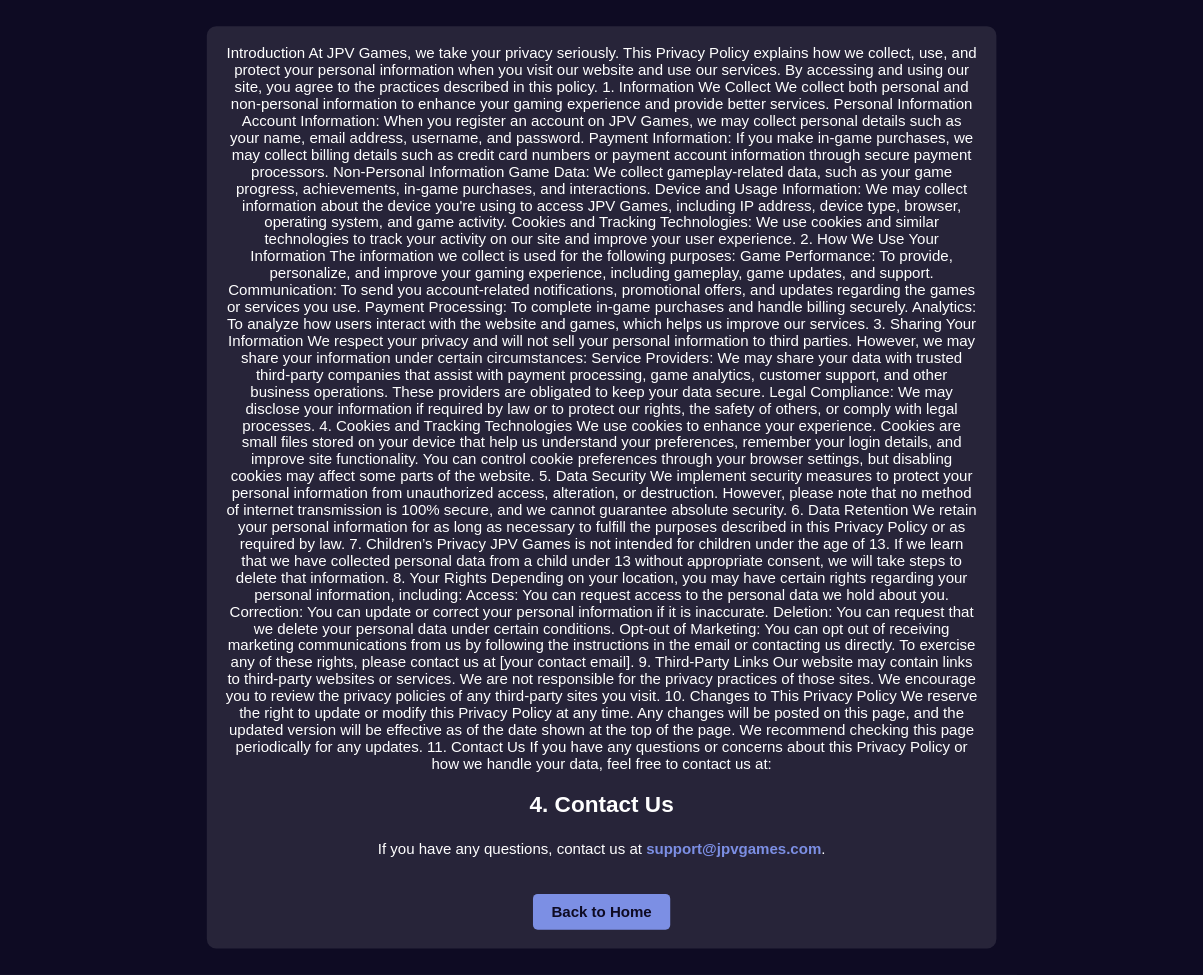
Repository: meenadabhii/jpygames.com
Page: http://localhost/privacy-policy.html
The author's editor kept a copy of each file at every save. The page is drawn from the files as they stood at one save, then again after the next save.
The browser window is 1280 px wide. The pictures show the whole page, at 94% of full size.
The page is served by the project's Node server (app.js).

Above is the page before, as saved 2025-02-08 10:39:39.

### nodejs/views/privacy-policy.html
<!DOCTYPE html>
<html lang="en">
<head>
    <meta charset="UTF-8">
    <meta name="viewport" content="width=device-width, initial-scale=1.0">
    <title>Privacy Policy</title>
    <style>
        body {
            background-color: #0e0b23; /* Dark background */
            color: #ffffff; /* White text */
            font-family: Arial, sans-serif;
            text-align: center;
            padding: 20px;
        }

        .container {
            max-width: 800px;
            margin: auto;
            background: rgba(255, 255, 255, 0.1);
            padding: 20px;
            border-radius: 10px;
        }

        h1 {
            color: #7c8fe4;;
        }

        p {
            line-height: 1.6;
        }

        a {
            color:#7c8fe4;;
            text-decoration: none;
            font-weight: bold;
        }

        a:hover {
            text-decoration: underline;
        }

        .button {
            display: inline-block;
            background: #7c8fe4;
            color: #0e0b23;
            padding: 10px 20px;
            border-radius: 5px;
            margin-top: 20px;
            text-decoration: none;
            font-weight: bold;
        }

        .button:hover {
            background: #4b69f0;
        }
    </style>
</head>
<body>
    <div class="container">
        Introduction
        At JPV Games, we take your privacy seriously. This Privacy Policy explains how we collect, use, and protect your personal information when you visit our website and use our services. By accessing and using our site, you agree to the practices described in this policy.

        1. Information We Collect
        We collect both personal and non-personal information to enhance your gaming experience and provide better services.

        Personal Information
        Account Information: When you register an account on JPV Games, we may collect personal details such as your name, email address, username, and password.
        Payment Information: If you make in-game purchases, we may collect billing details such as credit card numbers or payment account information through secure payment processors.
        Non-Personal Information
        Game Data: We collect gameplay-related data, such as your game progress, achievements, in-game purchases, and interactions.
        Device and Usage Information: We may collect information about the device you're using to access JPV Games, including IP address, device type, browser, operating system, and game activity.
        Cookies and Tracking Technologies: We use cookies and similar technologies to track your activity on our site and improve your user experience.
        2. How We Use Your Information
        The information we collect is used for the following purposes:

        Game Performance: To provide, personalize, and improve your gaming experience, including gameplay, game updates, and support.
        Communication: To send you account-related notifications, promotional offers, and updates regarding the games or services you use.
        Payment Processing: To complete in-game purchases and handle billing securely.
        Analytics: To analyze how users interact with the website and games, which helps us improve our services.
        3. Sharing Your Information
        We respect your privacy and will not sell your personal information to third parties. However, we may share your information under certain circumstances:

        Service Providers: We may share your data with trusted third-party companies that assist with payment processing, game analytics, customer support, and other business operations. These providers are obligated to keep your data secure.
        Legal Compliance: We may disclose your information if required by law or to protect our rights, the safety of others, or comply with legal processes.
        4. Cookies and Tracking Technologies
        We use cookies to enhance your experience. Cookies are small files stored on your device that help us understand your preferences, remember your login details, and improve site functionality. You can control cookie preferences through your browser settings, but disabling cookies may affect some parts of the website.

        5. Data Security
        We implement security measures to protect your personal information from unauthorized access, alteration, or destruction. However, please note that no method of internet transmission is 100% secure, and we cannot guarantee absolute security.

        6. Data Retention
        We retain your personal information for as long as necessary to fulfill the purposes described in this Privacy Policy or as required by law.

        7. Children’s Privacy
        JPV Games is not intended for children under the age of 13. If we learn that we have collected personal data from a child under 13 without appropriate consent, we will take steps to delete that information.

        8. Your Rights
        Depending on your location, you may have certain rights regarding your personal information, including:

        Access: You can request access to the personal data we hold about you.
        Correction: You can update or correct your personal information if it is inaccurate.
        Deletion: You can request that we delete your personal data under certain conditions.
        Opt-out of Marketing: You can opt out of receiving marketing communications from us by following the instructions in the email or contacting us directly.
        To exercise any of these rights, please contact us at [your contact email].

        9. Third-Party Links
        Our website may contain links to third-party websites or services. We are not responsible for the privacy practices of those sites. We encourage you to review the privacy policies of any third-party sites you visit.

        10. Changes to This Privacy Policy
        We reserve the right to update or modify this Privacy Policy at any time. Any changes will be posted on this page, and the updated version will be effective as of the date shown at the top of the page. We recommend checking this page periodically for any updates.

        11. Contact Us
        If you have any questions or concerns about this Privacy Policy or how we handle your data, feel free to contact us at:


        <h2>4. Contact Us</h2>
        <p>If you have any questions, contact us at <a href="mailto:support@jpvgames.com">support@jpvgames.com</a>.</p>

        <a href="/" class="button">Back to Home</a>
    </div>
</body>
</html>

### nodejs/app.js

const express = require('express')
const app = express()
const port = 6600
const ejs = require('ejs')
const path = require('path')
const fs = require('fs')

app.use(express.static('public'))
app.set('views', path.join(__dirname,'/views'))
app.set('view engine', 'ejs')

const games = JSON.parse(fs.readFileSync('./game.json','utf-8'));

app.use(express.static(path.join(__dirname, 'public')));

app.get('/privacy-policy.html', (req, res) => {
    res.sendFile(path.join(__dirname, 'views', 'privacy-policy.html'));
});

app.get('/', (req, res) => {
    return res.render('home',{games});
})

app.get('/game/:name', (req, res) => {
    const find = games.filter(i => i.slug == req.params.name);
    const newdata = [...Array(8)].map(i => games[(Math.floor(Math.random() * games.length))]);

    if (!find.length) {
        return res.send('404')
    }
    return res.render('singel',{data:find[0], newdata});
})

app.get('/category/:name', (req, res) => {
    const find = games.filter(i => i.type == req.params.name);
    if (!find.length) {
        return res.send('404')
    }
    return res.render('category',{data:find});
})

app.get('/game/:name/play', (req, res) => {
    const find = games.filter(i => i.slug == req.params.name);
    if (!find.length) {
        return res.send('404')
    }
    return res.render('play',{data:find[0]});
})

app.listen(port, () => {
    console.log(`Example app listening on port ${port}`)
})

Loaded but not shown: nodejs/game.json (401 lines, source omitted)

After the next save:
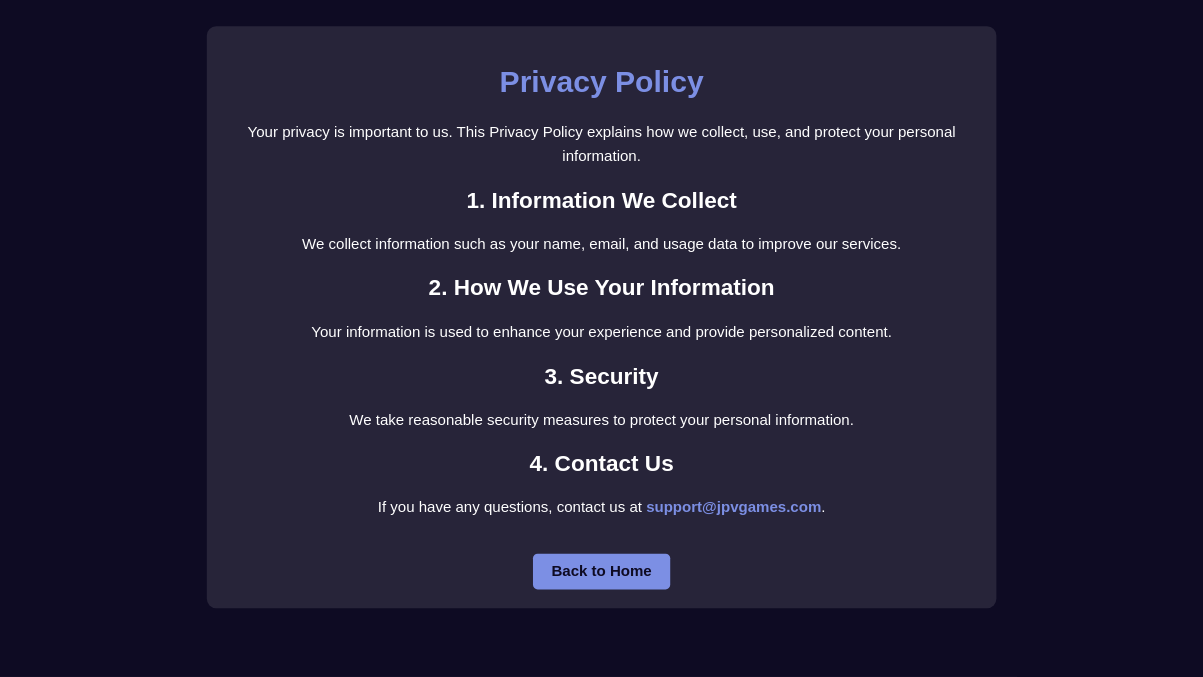
Saved 7 s later.
--- a/nodejs/views/privacy-policy.html
+++ b/nodejs/views/privacy-policy.html
@@ -57,61 +57,17 @@
 </head>
 <body>
     <div class="container">
-        Introduction
-        At JPV Games, we take your privacy seriously. This Privacy Policy explains how we collect, use, and protect your personal information when you visit our website and use our services. By accessing and using our site, you agree to the practices described in this policy.
+        <h1>Privacy Policy</h1>
+        <p>Your privacy is important to us. This Privacy Policy explains how we collect, use, and protect your personal information.</p>
 
-        1. Information We Collect
-        We collect both personal and non-personal information to enhance your gaming experience and provide better services.
+        <h2>1. Information We Collect</h2>
+        <p>We collect information such as your name, email, and usage data to improve our services.</p>
 
-        Personal Information
-        Account Information: When you register an account on JPV Games, we may collect personal details such as your name, email address, username, and password.
-        Payment Information: If you make in-game purchases, we may collect billing details such as credit card numbers or payment account information through secure payment processors.
-        Non-Personal Information
-        Game Data: We collect gameplay-related data, such as your game progress, achievements, in-game purchases, and interactions.
-        Device and Usage Information: We may collect information about the device you're using to access JPV Games, including IP address, device type, browser, operating system, and game activity.
-        Cookies and Tracking Technologies: We use cookies and similar technologies to track your activity on our site and improve your user experience.
-        2. How We Use Your Information
-        The information we collect is used for the following purposes:
+        <h2>2. How We Use Your Information</h2>
+        <p>Your information is used to enhance your experience and provide personalized content.</p>
 
-        Game Performance: To provide, personalize, and improve your gaming experience, including gameplay, game updates, and support.
-        Communication: To send you account-related notifications, promotional offers, and updates regarding the games or services you use.
-        Payment Processing: To complete in-game purchases and handle billing securely.
-        Analytics: To analyze how users interact with the website and games, which helps us improve our services.
-        3. Sharing Your Information
-        We respect your privacy and will not sell your personal information to third parties. However, we may share your information under certain circumstances:
-
-        Service Providers: We may share your data with trusted third-party companies that assist with payment processing, game analytics, customer support, and other business operations. These providers are obligated to keep your data secure.
-        Legal Compliance: We may disclose your information if required by law or to protect our rights, the safety of others, or comply with legal processes.
-        4. Cookies and Tracking Technologies
-        We use cookies to enhance your experience. Cookies are small files stored on your device that help us understand your preferences, remember your login details, and improve site functionality. You can control cookie preferences through your browser settings, but disabling cookies may affect some parts of the website.
-
-        5. Data Security
-        We implement security measures to protect your personal information from unauthorized access, alteration, or destruction. However, please note that no method of internet transmission is 100% secure, and we cannot guarantee absolute security.
-
-        6. Data Retention
-        We retain your personal information for as long as necessary to fulfill the purposes described in this Privacy Policy or as required by law.
-
-        7. Children’s Privacy
-        JPV Games is not intended for children under the age of 13. If we learn that we have collected personal data from a child under 13 without appropriate consent, we will take steps to delete that information.
-
-        8. Your Rights
-        Depending on your location, you may have certain rights regarding your personal information, including:
-
-        Access: You can request access to the personal data we hold about you.
-        Correction: You can update or correct your personal information if it is inaccurate.
-        Deletion: You can request that we delete your personal data under certain conditions.
-        Opt-out of Marketing: You can opt out of receiving marketing communications from us by following the instructions in the email or contacting us directly.
-        To exercise any of these rights, please contact us at [your contact email].
-
-        9. Third-Party Links
-        Our website may contain links to third-party websites or services. We are not responsible for the privacy practices of those sites. We encourage you to review the privacy policies of any third-party sites you visit.
-
-        10. Changes to This Privacy Policy
-        We reserve the right to update or modify this Privacy Policy at any time. Any changes will be posted on this page, and the updated version will be effective as of the date shown at the top of the page. We recommend checking this page periodically for any updates.
-
-        11. Contact Us
-        If you have any questions or concerns about this Privacy Policy or how we handle your data, feel free to contact us at:
-
+        <h2>3. Security</h2>
+        <p>We take reasonable security measures to protect your personal information.</p>
 
         <h2>4. Contact Us</h2>
         <p>If you have any questions, contact us at <a href="mailto:support@jpvgames.com">support@jpvgames.com</a>.</p>
